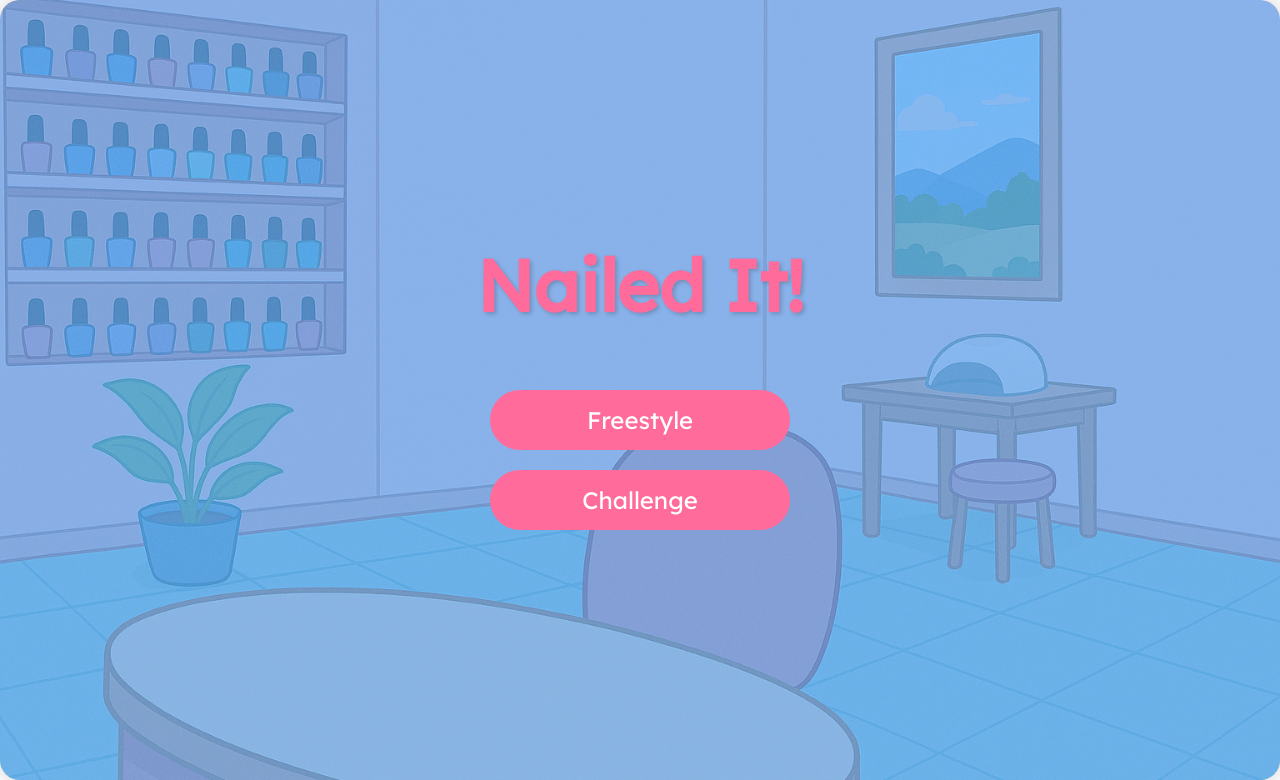
Repository: primcharlin/nailedit
Page: index.html
The author's editor kept a copy of each file at every save. The page is drawn from the files as they stood at one save, then again after the next save.
The browser window is 1280 px wide. The pictures show the whole page.

Above is the page before, as saved 2025-05-05 22:53:05.

### index.html
<!DOCTYPE html>
<html lang="en">
    <head>
        <meta charset="UTF-8" />
        <meta
            name="viewport"
            content="width=device-width, initial-scale=1.0" />
        <title>Nail Salon Game</title>
        <link
            rel="stylesheet"
            href="styles.css" />
        <link
            href="https://fonts.googleapis.com/css2?family=Lexend&display=swap"
            rel="stylesheet" />
    </head>
    <body>
        <div id="game-container">
            <!-- Main Menu -->
            <div
                id="main-menu"
                class="menu">
                <h1>Nailed It!</h1>
                <button id="freestyle-button">Freestyle</button>
                <button id="challenge-button">Challenge</button>
            </div>

            <div
                id="character-selection"
                class="menu"
                style="display: none">
                <h1>Choose Your Character</h1>
                <div class="character-grid">
                    <div
                        class="character-option"
                        data-character="1">
                        <img
                            src="img/Avatar1.png"
                            alt="Character 1" />
                        <p>Emma</p>
                    </div>
                    <div
                        class="character-option"
                        data-character="2">
                        <img
                            src="img/Avatar2.png"
                            alt="Character 2" />
                        <p>Sophia</p>
                    </div>
                    <div
                        class="character-option"
                        data-character="3">
                        <img
                            src="img/Avatar3.png"
                            alt="Character 3" />
                        <p>Olivia</p>
                    </div>
                </div>
                <button id="back-to-mode">Back</button>
            </div>

            <!-- Game Area -->
            <div
                id="game-area"
                class="game-area"
                style="display: none">
                <!-- Character Display -->
                <div id="character-display"></div>

                <!-- Tools Panel will be created dynamically -->
                <div id="tools-panel"></div>

                <div id="hand">
                    <div
                        class="nail"
                        id="nail-1"></div>
                    <div
                        class="nail"
                        id="nail-2"></div>
                    <div
                        class="nail"
                        id="nail-3"></div>
                    <div
                        class="nail"
                        id="nail-4"></div>
                    <div
                        class="nail"
                        id="nail-5"></div>
                </div>

                <!-- Challenge Mode UI -->
                <div id="challenge-ui">
                    <h2>Reference Design</h2>
                    <div id="reference-image">
                        <div
                            class="reference-nail"
                            id="ref-nail-1"></div>
                        <div
                            class="reference-nail"
                            id="ref-nail-2"></div>
                        <div
                            class="reference-nail"
                            id="ref-nail-3"></div>
                        <div
                            class="reference-nail"
                            id="ref-nail-4"></div>
                        <div
                            class="reference-nail"
                            id="ref-nail-5"></div>
                    </div>
                    <div id="timer">60</div>
                </div>

                <!-- Controls -->
                <div id="controls">
                    <button
                        class="control-button"
                        id="reset-button">
                        Reset
                    </button>
                    <button
                        class="control-button"
                        id="back-button">
                        Main Menu
                    </button>
                    <button
                        class="control-button"
                        id="done-button">
                        Done
                    </button>
                </div>
            </div>

            <!-- Result Modal -->
            <div id="result-modal">
                <h2 id="result-title">Challenge Complete!</h2>
                <p id="result-message">You scored 85% match. Great job!</p>
                <div id="result-buttons">
                    <button
                        class="control-button"
                        id="try-again-button">
                        Try Again
                    </button>
                    <button
                        class="control-button"
                        id="menu-button">
                        Main Menu
                    </button>
                </div>
            </div>
        </div>

        <script src="script.js"></script>
    </body>
</html>

### styles.css
* {
    margin: 0;
    padding: 0;
    box-sizing: border-box;
    font-family: "Lexend", sans-serif;
}

body {
    background-color: white;
    display: flex;
    justify-content: center;
    align-items: center;
    min-height: 100vh;
    overflow: hidden;
}

h1 {
    font-family: "Lexend", sans-serif;
}

#game-container {
    width: 1300px;
    height: 780px;
    position: relative;
    background-image: url("img/background.png");
    background-size: cover;
    background-position: center;
    box-shadow: 0 0 20px rgba(0, 0, 0, 0.2);
    overflow: hidden;
    border-radius: 20px;
}

/* Main Menu */
#main-menu {
    position: absolute;
    width: 100%;
    height: 100%;
    display: flex;
    flex-direction: column;
    justify-content: center;
    align-items: center;
    background-color: rgba(89, 172, 255, 0.7);
    z-index: 100;
}

#main-menu h1 {
    font-size: 72px;
    color: #ff6b9a;
    margin-bottom: 50px;
    text-shadow: 2px 2px 4px rgba(0, 0, 0, 0.2);
}

.logo {
    width: 400px;
    height: auto;
    margin-bottom: 50px;
    transition: transform 0.3s ease;
}

.logo:hover {
    transform: scale(1.1);
}

#main-menu button {
    background-color: #ff6b9a;
    color: white;
    border: none;
    padding: 15px 30px;
    margin: 10px;
    font-size: 24px;
    border-radius: 30px;
    cursor: pointer;
    transition: all 0.3s ease;
    width: 300px;
}

#main-menu button:hover {
    background-color: #ff4d85;
    transform: scale(1.05);
}

/* Character Selection */
#character-selection {
    position: absolute;
    width: 100%;
    height: 100%;
    display: flex;
    flex-direction: column;
    justify-content: center;
    align-items: center;
    background-color: rgba(255, 255, 255, 0.3);
    z-index: 100;
}

#character-selection h1 {
    font-size: 48px;
    color: #ff6b9a;
    margin-bottom: 30px;
    text-shadow: 2px 2px 4px rgba(0, 0, 0, 0.2);
}

/* Game Area */
#game-area {
    display: none;
    width: 100%;
    height: 100%;
    position: relative;
    padding: 20px;
    overflow: hidden;
}

/* Horizontal Tools Panel */
.horizontal-tools-panel {
    position: absolute;
    top: 50%;
    right: 20px;
    transform: translateY(-50%);
    width: 100px;
    background-color: white;
    border-radius: 20px;
    padding: 15px;
    box-shadow: 0 0 15px rgba(0, 0, 0, 0.1);
    z-index: 10;
    display: flex;
    flex-direction: column;
    gap: 15px;
}

.category-button {
    width: 70px;
    height: 70px;
    display: flex;
    flex-direction: column;
    align-items: center;
    justify-content: center;
    padding: 10px;
    border-radius: 15px;
    cursor: pointer;
    transition: all 0.2s ease;
    background-color: #fff;
}

.category-button:hover {
    background-color: #ffdee7;
}

.category-button.active {
    background-color: #ffb8cb;
}

.category-icon {
    width: 40px;
    height: 40px;
    margin-bottom: 5px;
    background-size: contain;
    background-repeat: no-repeat;
    background-position: center;
}

.category-name {
    font-size: 12px;
    text-align: center;
    color: #333;
}

.options-container {
    position: absolute;
    right: 140px; /* Position to the left of the tools panel */
    top: 50%;
    transform: translateY(-50%);
    display: none;
    flex-direction: column;
    gap: 10px;
    background-color: white;
    padding: 15px;
    border-radius: 20px;
    box-shadow: 0 0 15px rgba(0, 0, 0, 0.1);
    max-height: 80vh;
    overflow-y: auto;
}

.option-item {
    width: 60px;
    height: 60px;
    display: flex;
    align-items: center;
    justify-content: center;
    border-radius: 10px;
    cursor: pointer;
    transition: all 0.2s ease;
    background-color: #fff;
    padding: 5px;
}

.option-item:hover {
    transform: scale(1.1);
    background-color: #ffdee7;
}

.option-item.selected {
    border: 3px solid #ff6b9a;
    background-color: #ffdee7;
}

.option-icon {
    width: 50px;
    height: 50px;
    background-size: contain;
    background-repeat: no-repeat;
    background-position: center;
}

.color-preview {
    width: 35px;
    height: 35px;
    border-radius: 50%;
}

.deco-preview {
    width: 35px;
    height: 35px;
    background-size: contain;
    background-repeat: no-repeat;
    background-position: center;
}

/* Character Display */
#character-display {
    position: absolute;
    top: 0;
    left: 0;
    width: 100%;
    height: 100%;
    z-index: 0;
    display: flex;
    justify-content: center;
    align-items: center;
    pointer-events: none;
}

#character-display img {
    max-width: 60%;
    max-height: 60%;
    object-fit: contain;
    transform: none;
}

/* Hand area */
#hand {
    position: absolute;
    bottom: 80px;
    left: 50%;
    transform: translateX(-50%);
    width: 720px;
    height: 200px;
    background-color: #ffebe7;
    border-radius: 100px;
    display: flex;
    justify-content: space-around;
    align-items: center;
    padding: 0 40px;
    z-index: 5;
}

.nail {
    position: relative;
    width: 72px;
    height: 108px;
    background-color: #ffdee7;
    border-radius: 36px 36px 0 0;
    cursor: pointer;
    z-index: 5;
    transition: all 0.2s ease;
}

#nail-1,
#nail-2,
#nail-3,
#nail-4,
#nail-5 {
    position: relative;
    transform: none;
    bottom: 0;
    left: 0;
}

.nail:hover {
    transform: translateY(-10px);
}

/* Decoration classes */
.glitter-gold {
    background-image: radial-gradient(circle, #ffdc73 10%, transparent 10%),
        radial-gradient(circle, #ffdc73 10%, transparent 10%);
    background-color: gold;
    background-size: 10px 10px;
    background-position: 0 0, 5px 5px;
}
.glitter-silver {
    background-image: radial-gradient(circle, #ffffff 10%, transparent 10%),
        radial-gradient(circle, #ffffff 10%, transparent 10%);
    background-color: silver;
    background-size: 10px 10px;
    background-position: 0 0, 5px 5px;
}
.glitter-rainbow {
    background-image: linear-gradient(
        45deg,
        red,
        orange,
        yellow,
        green,
        blue,
        indigo,
        violet
    );
}
.glitter-blue {
    background-image: radial-gradient(circle, #ffffff 10%, transparent 10%),
        radial-gradient(circle, #ffffff 10%, transparent 10%);
    background-color: #00ffff;
    background-size: 10px 10px;
    background-position: 0 0, 5px 5px;
}
.glitter-pink {
    background-image: radial-gradient(circle, #ffffff 10%, transparent 10%),
        radial-gradient(circle, #ffffff 10%, transparent 10%);
    background-color: #ff69b4;
    background-size: 10px 10px;
    background-position: 0 0, 5px 5px;
}

.pattern-stripes {
    background-image: repeating-linear-gradient(
        45deg,
        transparent,
        transparent 10px,
        #ff6b9a 10px,
        #ff6b9a 20px
    );
}
.pattern-dots {
    background-image: radial-gradient(circle, #ff6b9a 20%, transparent 20%),
        radial-gradient(circle, #ff6b9a 20%, transparent 20%);
    background-size: 20px 20px;
    background-position: 0 0, 10px 10px;
}
.pattern-zigzag {
    background-image: linear-gradient(135deg, #ff6b9a 25%, transparent 25%) 0 0,
        linear-gradient(225deg, #ff6b9a 25%, transparent 25%) 0 0,
        linear-gradient(315deg, #ff6b9a 25%, transparent 25%) 0 0,
        linear-gradient(45deg, #ff6b9a 25%, transparent 25%) 0 0;
    background-size: 20px 20px;
}
.pattern-leopard {
    background-image: radial-gradient(
        ellipse,
        #000000 0%,
        #000000 30%,
        transparent 30%
    );
    background-size: 30px 30px;
    background-repeat: repeat;
}
.pattern-marble {
    background-image: linear-gradient(
            to right,
            rgba(255, 255, 255, 0.1),
            rgba(255, 255, 255, 0.5)
        ),
        linear-gradient(120deg, rgba(0, 0, 0, 0.1), rgba(0, 0, 0, 0.3));
}

.sticker-heart:after {
    content: "❤";
    font-size: 40px;
    color: red;
    display: flex;
    justify-content: center;
    align-items: center;
    height: 100%;
}
.sticker-star:after {
    content: "★";
    font-size: 40px;
    color: gold;
    display: flex;
    justify-content: center;
    align-items: center;
    height: 100%;
}
.sticker-flower:after {
    content: "✿";
    font-size: 40px;
    color: #ff6b9a;
    display: flex;
    justify-content: center;
    align-items: center;
    height: 100%;
}
.sticker-butterfly:after {
    content: "🦋";
    font-size: 40px;
    display: flex;
    justify-content: center;
    align-items: center;
    height: 100%;
}
.sticker-diamond:after {
    content: "💎";
    font-size: 40px;
    display: flex;
    justify-content: center;
    align-items: center;
    height: 100%;
}

.gem-round:after {
    content: "";
    position: absolute;
    top: 50%;
    left: 50%;
    transform: translate(-50%, -50%);
    width: 20px;
    height: 20px;
    background-color: #00ffff;
    border-radius: 50%;
    box-shadow: 0 0 5px #00ffff, 0 0 10px #00ffff;
}
.gem-square:after {
    content: "";
    position: absolute;
    top: 50%;
    left: 50%;
    transform: translate(-50%, -50%);
    width: 20px;
    height: 20px;
    background-color: #ff00ff;
    box-shadow: 0 0 5px #ff00ff, 0 0 10px #ff00ff;
}
.gem-teardrop:after {
    content: "";
    position: absolute;
    top: 50%;
    left: 50%;
    transform: translate(-50%, -50%) rotate(45deg);
    width: 15px;
    height: 25px;
    background-color: #4169e1;
    border-radius: 50% 50% 50% 0;
    box-shadow: 0 0 5px #4169e1, 0 0 10px #4169e1;
}
.gem-heart:after {
    content: "❤";
    font-size: 25px;
    color: #ff0000;
    display: flex;
    justify-content: center;
    align-items: center;
    height: 100%;
    text-shadow: 0 0 5px #ff0000, 0 0 10px #ff0000;
}
.gem-star:after {
    content: "★";
    font-size: 25px;
    color: #ffd700;
    display: flex;
    justify-content: center;
    align-items: center;
    height: 100%;
    text-shadow: 0 0 5px #ffd700, 0 0 10px #ffd700;
}

/* Challenge Mode UI */
#challenge-ui {
    display: none;
    position: absolute;
    top: 50%;
    left: 20px;
    transform: translateY(-50%);
    width: 240px;
    background-color: white;
    border-radius: 20px;
    padding: 20px;
    box-shadow: 0 0 15px rgba(0, 0, 0, 0.1);
    z-index: 10;
}

#reference-image {
    width: 100%;
    height: 180px;
    background-color: #ffdee7;
    margin-bottom: 20px;
    border: 1px solid #ddd;
    border-radius: 10px;
    display: flex;
    justify-content: center;
    align-items: center;
    gap: 10px;
}

#timer {
    font-size: 32px;
    text-align: center;
    margin-bottom: 20px;
    color: #ff6b9a;
}

/* UI Controls */
#controls {
    position: absolute;
    bottom: 24px;
    left: 50%;
    transform: translateX(-50%);
    display: flex;
    gap: 24px;
    z-index: 10;
}

.control-button {
    background-color: #ff6b9a;
    color: white;
    border: none;
    padding: 12px 24px;
    font-size: 21.6px;
    border-radius: 24px;
    cursor: pointer;
    transition: all 0.3s ease;
}

.control-button:hover {
    background-color: #ff4d85;
}

/* Modal for results */
#result-modal {
    display: none;
    position: absolute;
    top: 50%;
    left: 50%;
    transform: translate(-50%, -50%);
    width: 400px;
    background-color: white;
    border-radius: 20px;
    padding: 30px;
    box-shadow: 0 0 30px rgba(0, 0, 0, 0.3);
    text-align: center;
    z-index: 200;
}

#result-title {
    font-size: 36px;
    margin-bottom: 20px;
    color: #ff6b9a;
}

#result-message {
    font-size: 20px;
    margin-bottom: 30px;
}

#result-buttons {
    display: flex;
    justify-content: center;
    gap: 20px;
}

/* Reference nails for challenge mode */
.reference-nail {
    width: 25px;
    height: 38px;
    background-color: #ffdee7;
    border-radius: 12px 12px 0 0;
    display: inline-block;
}

.character-grid {
    display: grid;
    grid-template-columns: repeat(3, 1fr);
    gap: 30px;
    margin: 30px 0;
}

.character-option {
    display: flex;
    flex-direction: column;
    align-items: center;
    padding: 20px;
    border: 2px solid #ff6b9a;
    border-radius: 15px;
    cursor: pointer;
    transition: transform 0.2s, box-shadow 0.2s;
    background-color: rgba(255, 255, 255, 0.8);
}

.character-option:hover {
    transform: scale(1.05);
    box-shadow: 0 0 15px rgba(255, 107, 154, 0.3);
}

.character-option img {
    width: 150px;
    height: 150px;
    object-fit: cover;
    border-radius: 15px;
    margin-bottom: 15px;
    border: solid 2px #ff6b9a;
}

.character-option p {
    margin: 0;
    font-size: 1.5em;
    color: #333;
}

#back-to-mode {
    margin-top: 20px;
    padding: 10px 20px;
    background-color: #ff6b9a;
    color: white;
    border: none;
    border-radius: 5px;
    cursor: pointer;
    font-size: 1em;
    transition: background-color 0.2s;
}

#back-to-mode:hover {
    background-color: #ff4d8a;
}

Loaded but not shown: script.js (709 lines, source omitted)

After the next save:
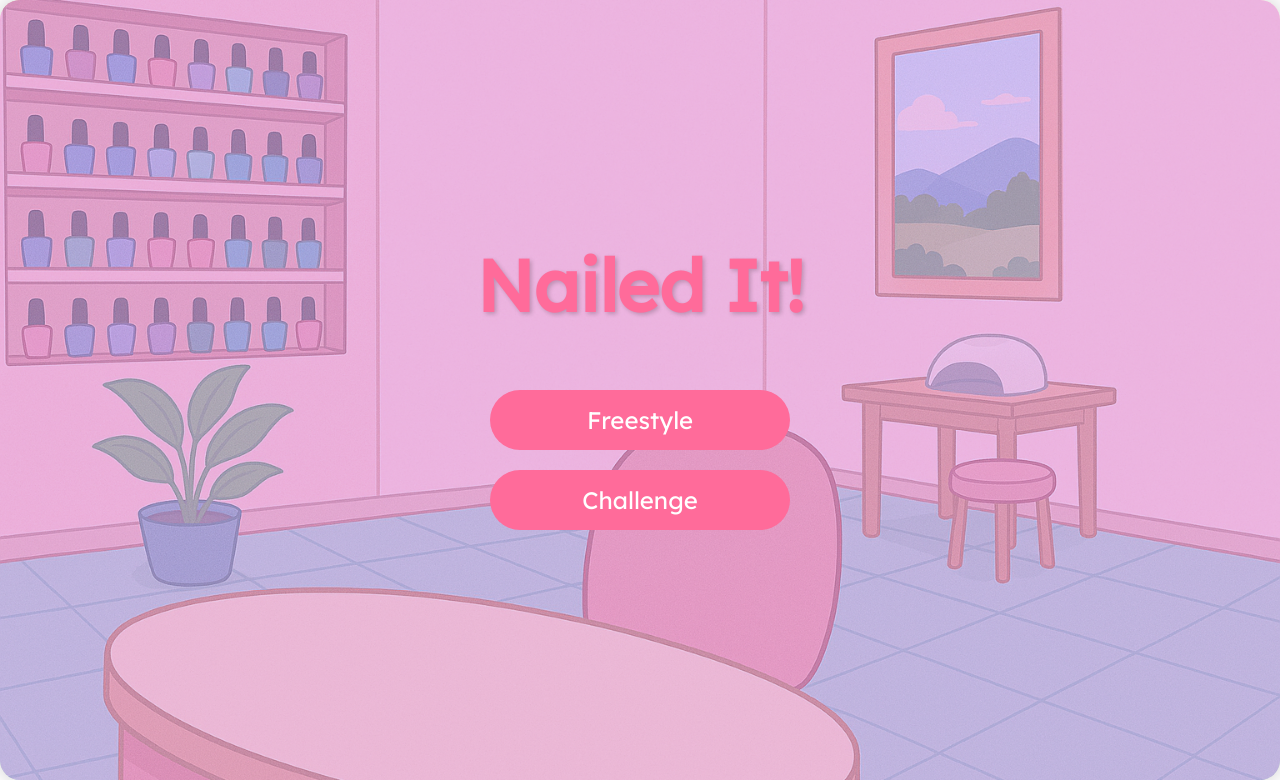
Saved 6 s later.
--- a/styles.css
+++ b/styles.css
@@ -39,7 +39,7 @@ h1 {
     flex-direction: column;
     justify-content: center;
     align-items: center;
-    background-color: rgba(89, 172, 255, 0.7);
+    background-color: rgba(224, 170, 255, 0.563);
     z-index: 100;
 }
 
